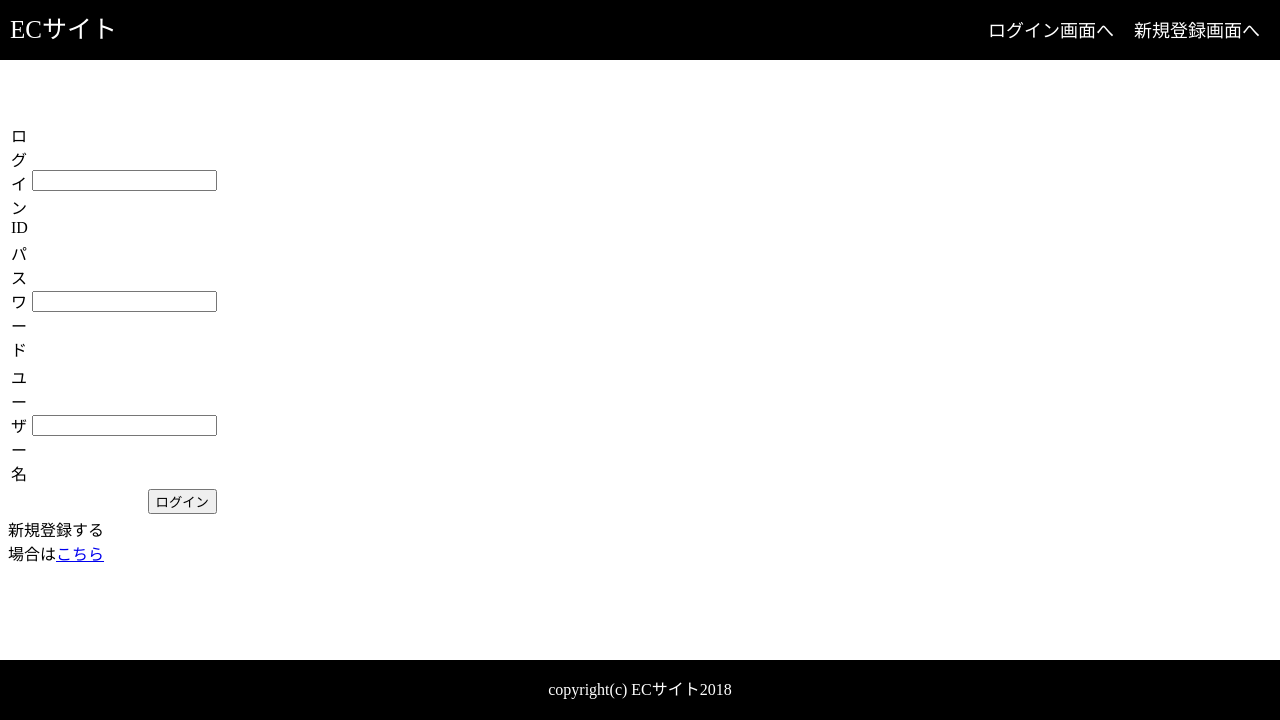
Repository: nyanya02/ECsite
Page: http://localhost/ECsite/signin.jsp
These files come from the project's save history. The page is drawn as it stood at one moment and after the next save; the edit follows.
The browser window is 1280 px wide. The pictures show the whole page.
The page is served by Tomcat 9. Other server files are loaded and not shown.

Above is the page before, as saved 2018-04-26 04:53:29.

### ECsite/WebContent/signin.jsp
<%@ page language="java" contentType="text/html; charset=UTF-8"
    pageEncoding="UTF-8"%>
<%@ taglib prefix="s" uri="/struts-tags" %>
<!DOCTYPE html PUBLIC>
<html>
<head>
<meta charset="UTF-8">
<meta http-equiv="imagetoolbar" content="no"/>
<meta name="author" content="">
<meta name="keywords" content="">
<meta name="description" content="">

<title>ログイン</title>

<!-- <link rel="stylesheet" href="/css/style.css"> -->

<style>

#header{
    position:absolute;
    top:0;
    left:0;
    width:100%;
    height:60px;
    background-color: black;
}

#header #logo{
    float: left;
    width:200px;
    padding-left: 10px;
    color: white;
    font-size: 25px;
    line-height: 60px;
}

#header ul{
    float: right;
    line-height: 30px;
}

#header ul li{
    float: left;
    list-style: none;
    padding-right: 20px;
    color: white;
    font-size: 18px;
}

#logo a{
    text-decoration: none;
    color: white;
}
#logo a:hover{
    color: #E6E6E6;
}

#header li a{
    text-decoration: none;
    color: white;
}
#header li a:hover{
    color: #E6E6E6;
}

#main{
    float: clear;
    position: absolute;
    top: 70px;
    margin-top:50px;
    width: 100px;
}

#footer{
    clear:both;
    width: 100%;
    height: 60px;
    position: absolute;
    bottom: 0;
    left: 0;
    color: white;
    background-color: black;
    text-align: center;
    line-height: 60px;
}


</style>

</head>
<body>

		<div id="header">
            <div id="logo"><a href='<s:url action="GoHomeAction"/>'>ECサイト</a></div>
            <ul>
                <li><a href='<s:url action="GoSignInAction"/>'>ログイン画面へ</a></li>
                <li><a href='<s:url action="GoSignUpAction"/>'>新規登録画面へ</a></li>
            </ul>
        </div>

        <div id="main">
        	<table>
        		<s:form action="SignInConfirm">

					<tr>
						<td><label>ログインID</label></td>
						<td><input type="text" name="loginUserId" value=""></td>
					</tr>
					<tr>
						<td><label>パスワード</label></td>
						<td><input type="text" name="loginPassword" value=""></td>
					</tr>
					<tr>
						<td><label>ユーザー名</label></td>
						<td><input type="text" name="loginUser" value=""></td>
					</tr>

            		<s:submit value="ログイン"/>

            	</s:form>

        	</table>

		<div>
			<span>新規登録する場合は</span><a href='<s:url action="GoSignUpAction"/>'>こちら</a>
		</div>

        </div>

        <div id="footer">
            copyright(c) ECサイト2018
        </div>

</body>
</html>

After the next save:
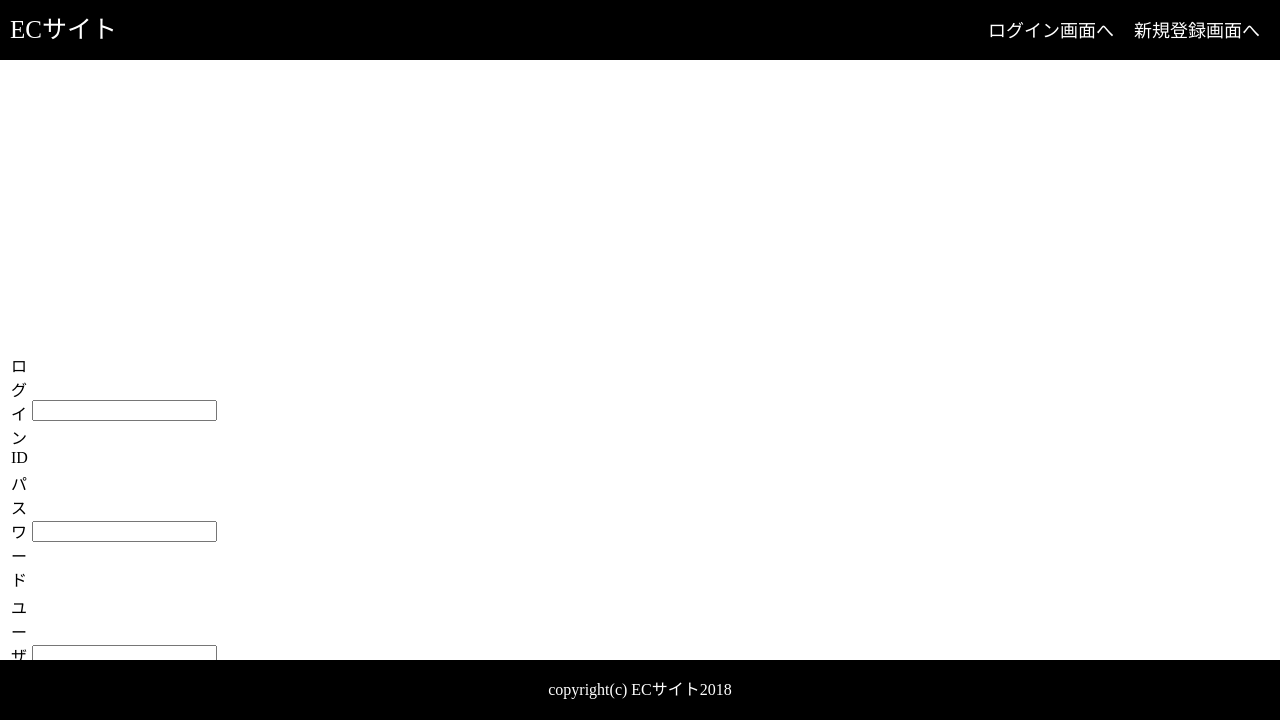
Saved 8 s later.
--- a/ECsite/WebContent/signin.jsp
+++ b/ECsite/WebContent/signin.jsp
@@ -66,7 +66,7 @@
 #main{
     float: clear;
     position: absolute;
-    top: 70px;
+    top: 300px;
     margin-top:50px;
     width: 100px;
 }
